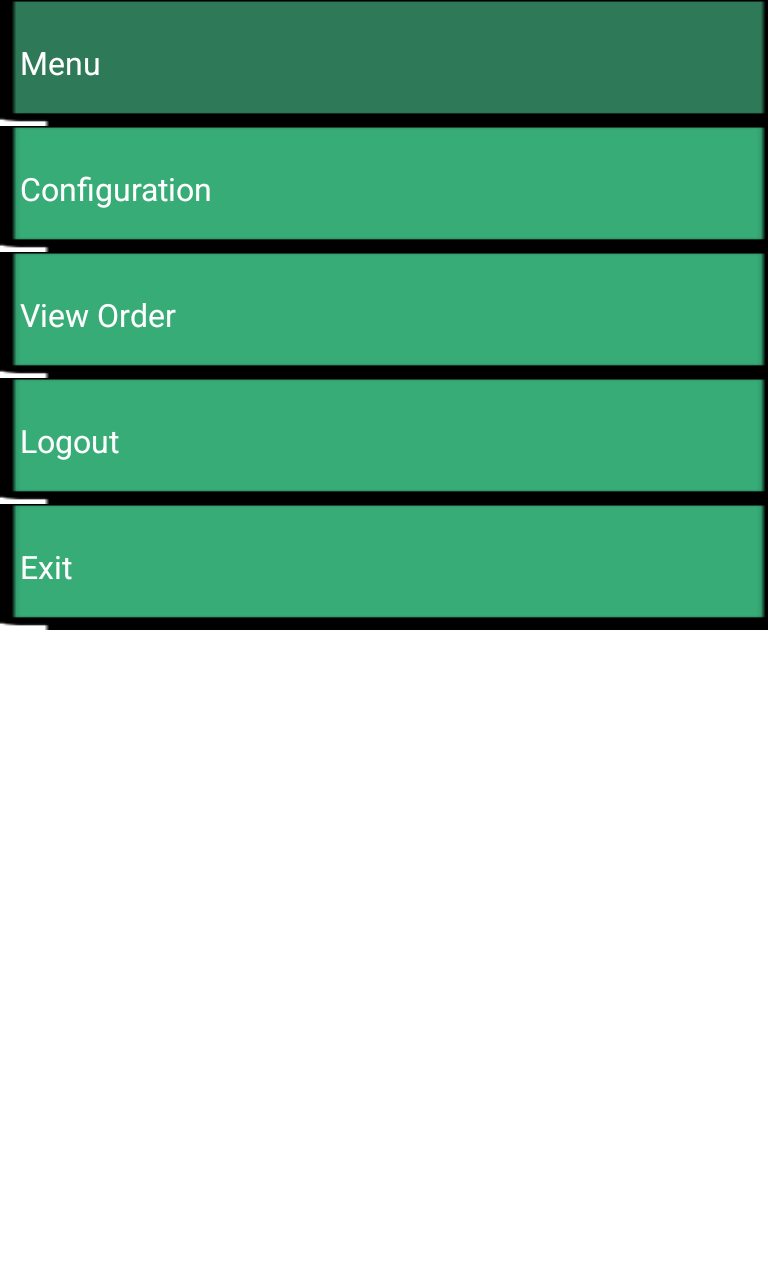
Repository: VanThi/Smart_Order
Layout: Project OS/Project_SO/res/layout/customer_menu.xml
An editor plug-in stored every save of this project. The layout is shown before and after the next save, followed by the edit.
It is drawn on a 768 x 1280 px phone screen (xhdpi) without system bars, with theme AppTheme; the app's code is not run.

Above is the layout before, as saved 2013-11-09 01:28:59.

### Project OS/Project_SO/res/layout/customer_menu.xml
<?xml version="1.0" encoding="utf-8"?>
<LinearLayout xmlns:android="http://schemas.android.com/apk/res/android"
    android:layout_width="fill_parent"
    android:layout_height="fill_parent"
    android:orientation="vertical" >

    <TextView
        android:id="@+id/customer_menu_item"
        style="@style/MENU"
        android:text="@string/menu_item"
        android:background="@drawable/menu_bg_selected"/>

    <TextView
        android:id="@+id/configuration"
        style="@style/MENU"
        android:text="@string/configuration"/>

    <TextView
        android:id="@+id/viewOrder"
        style="@style/MENU"
        android:text="@string/viewOrder"/>

    <TextView
        android:id="@+id/logout"
        style="@style/MENU"
        android:text="@string/logout"/>

    <TextView
        android:id="@+id/exit"
        style="@style/MENU"
        android:text="@string/exit"/>

</LinearLayout>

### Project OS/Project_SO/res/values/styles.xml
<resources>

    <!--
        Base application theme, dependent on API level. This theme is replaced
        by AppBaseTheme from res/values-vXX/styles.xml on newer devices.
    -->
    <style name="AppBaseTheme" parent="android:Theme.Light">
        <!--
            Theme customizations available in newer API levels can go in
            res/values-vXX/styles.xml, while customizations related to
            backward-compatibility can go here.
        -->
    </style>

    <style name="NoActionBar" parent="@android:style/Theme.Holo.NoActionBar">
        <!-- Inherits the Holo theme with no action bar; no other styles needed. -->
    </style>

    <!-- Application theme. -->
    <style name="AppTheme" parent="AppBaseTheme">
        <!-- All customizations that are NOT specific to a particular API-level can go here. -->
    </style>

    <style name="HeaderBG">
        <item name="android:layout_width">fill_parent</item>
        <item name="android:layout_height">60dp</item>
        <item name="android:background">@drawable/header_bg</item>
        <item name="android:orientation">horizontal</item>
    </style>

    <style name="HeaderText">
        <item name="android:textColor">#FFFFFF</item>
        <item name="android:textSize">22sp</item>
        <item name="android:textStyle">bold</item>
        <item name="android:ellipsize">end</item>
        <item name="android:gravity">center</item>
        <item name="android:singleLine">true</item>
        <item name="android:text">@string/app_name</item>
    </style>

    <style name="Background">
        <item name="android:layout_width">fill_parent</item>
        <item name="android:layout_height">fill_parent</item>
        <item name="android:background">@color/background</item>
        <item name="android:orientation">vertical</item>
    </style>

    <style name="MENU">
        <item name="android:layout_width">fill_parent</item>
        <item name="android:layout_height">63dp</item>
        <item name="android:background">@drawable/menu_bg</item>
        <item name="android:gravity">center_vertical</item>
        <item name="android:padding">10dp</item>
        <item name="android:textColor">#FFFFFF</item>
        <item name="android:textSize">16sp</item>
    </style>

    <style name="TextDescription">
        <item name="android:textColor">@color/black</item>
        <item name="android:textSize">16sp</item>
        <item name="android:typeface">sans</item>
        <item name="android:textStyle">bold</item>
    </style>

    <style name="Text">
        <item name="android:textColor">@color/black</item>
        <item name="android:textSize">14sp</item>
        <item name="android:typeface">sans</item>
    </style>

    <style name="EditText">
        <item name="android:textColor">@color/black</item>
        <item name="android:textSize">14sp</item>
        <item name="android:typeface">sans</item>
        <item name="android:padding">5dp</item>
    </style>

    <style name="Button">
        <item name="android:padding">5dp</item>
        <item name="android:textStyle">bold</item>
        <item name="android:textColor">@color/white</item>
        <item name="android:textSize">14sp</item>
        <item name="android:background">@drawable/btn_bg</item>
        <item name="android:typeface">sans</item>
        <item name="android:layout_width">90dp</item>
        <item name="android:layout_height">40dp</item>
    </style>

    <style name="ButtonRight">
        <item name="android:padding">5dp</item>
        <item name="android:textStyle">bold</item>
        <item name="android:textColor">@color/white</item>
        <item name="android:textSize">14sp</item>
        <item name="android:background">@drawable/btn_bg</item>
        <item name="android:typeface">sans</item>
        <item name="android:layout_width">90dp</item>
        <item name="android:layout_height">40dp</item>
        <item name="android:layout_marginLeft">5dp</item>
    </style>

    <style name="CustomProgressBar" parent="android:Widget.ProgressBar.Horizontal">
        <item name="android:layout_width">200dp</item>
        <item name="android:layout_height">wrap_content</item>
        <item name="android:padding">5dp</item>
        <item name="android:layout_marginRight">10dp</item>
        <item name="android:indeterminateOnly">false</item>
        <item name="android:progressDrawable">@drawable/custom_progress_bar_horizontal</item>
        <item name="android:minHeight">10dip</item>
        <item name="android:maxHeight">20dip</item>
    </style>


</resources>

### Project OS/Project_SO/res/values/strings.xml
<?xml version="1.0" encoding="utf-8"?>
<resources>

    <string name="app_name">Smart Order</string>
    <string name="action_settings">Settings</string>
    <string name="hello_world">Hello world!</string>
    <string name="menu_item">Menu</string>
    <string name="configuration">Configuration</string>
    <string name="viewOrder">View Order</string>
    <string name="logout">Logout</string>
    <string name="exit">Exit</string>
    <string name="userName">User Name</string>
    <string name="password">PassWord</string>
    <string name="address">Address</string>
    <string name="phoneNumber">Phone Number</string>
    <string name="email">Email</string>
    <string name="confirm">Confirm</string>
    <string name="fullName">Full Name</string>
    <string name="register">Have not a account?</string>
    <string name="login">Login</string>
    <string name="developer">CyberSoft Team 1</string>
    <string name="clear">Clear</string>
    <string name="update">Update</string>
    <string name="order">Order</string>
    <string name="save">Save</string>
    <string name="registerForm">Register Form</string>
	<string name="configurationForm">Configuration Form</string>
	<string name="ok">OK</string>
	<string name="back">Back</string>
	<string name="inc">+</string>
	<string name="dec">-</string>

</resources>

### Project OS/Project_SO/res/drawable/menu_bg.xml
<?xml version="1.0" encoding="utf-8"?>
<selector xmlns:android="http://schemas.android.com/apk/res/android">
    <item android:state_pressed="true"
          android:drawable="@drawable/menu_bg_selected" /> <!-- pressed -->
    <item android:state_focused="true"
          android:drawable="@drawable/menu_bg_selected" /> <!-- focused -->
    <item android:drawable="@drawable/menu_bg_normal" /> <!-- default -->
</selector>

Loaded but not shown: Project OS/Project_SO/res/values-v11/styles.xml (common file); Project OS/Project_SO/res/values-v14/styles.xml (common file)

After the next save:
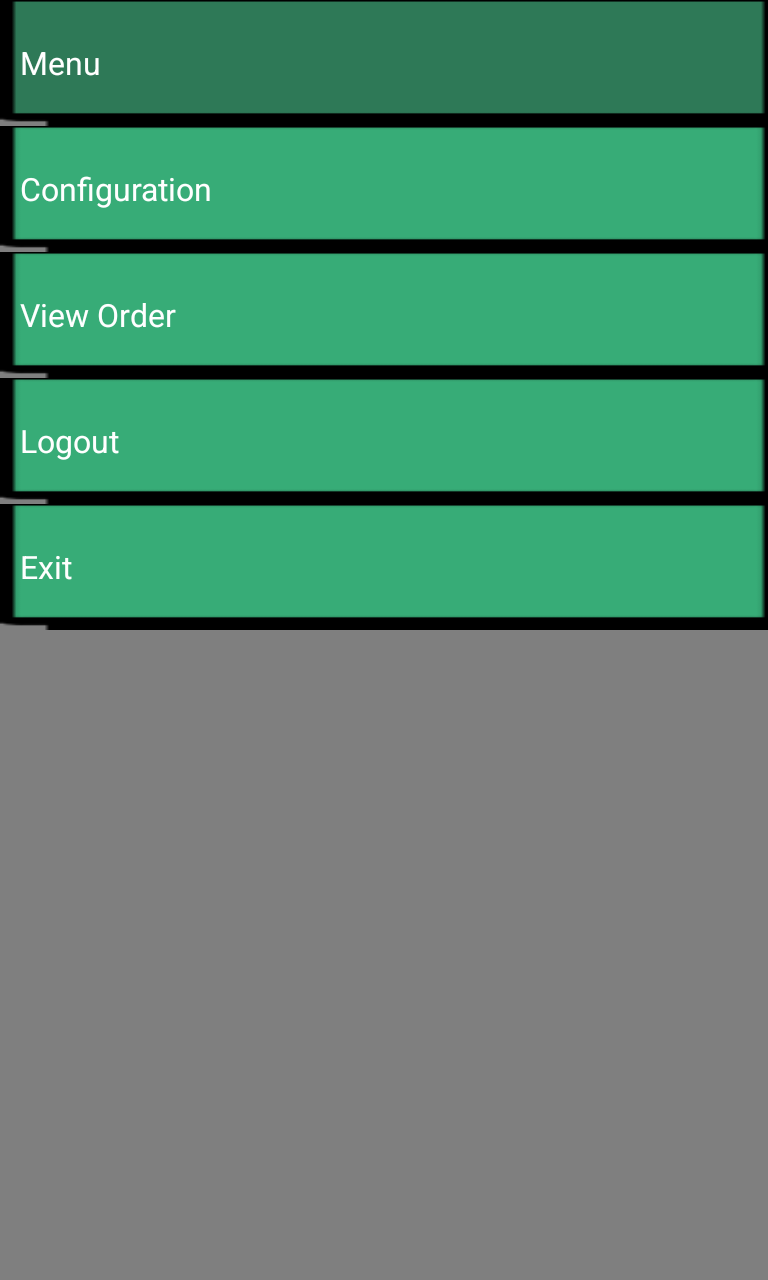
Saved 75 s later.
--- a/Project OS/Project_SO/res/layout/customer_menu.xml
+++ b/Project OS/Project_SO/res/layout/customer_menu.xml
@@ -2,6 +2,7 @@
 <LinearLayout xmlns:android="http://schemas.android.com/apk/res/android"
     android:layout_width="fill_parent"
     android:layout_height="fill_parent"
+    android:background="@android:drawable/screen_background_dark_transparent"
     android:orientation="vertical" >
 
     <TextView
